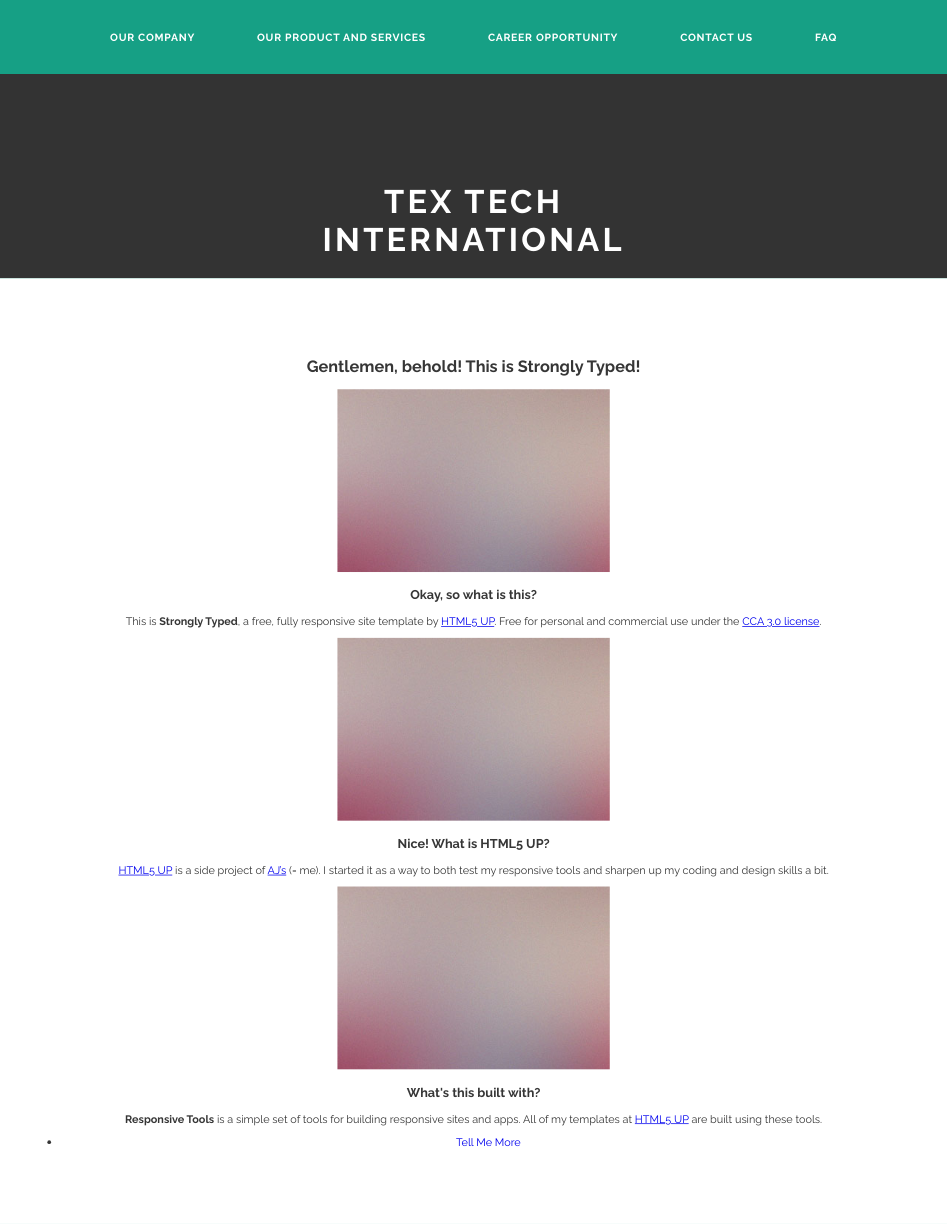
Repository: asifdotpy/demo_webpage
Page: contact_us.html
An editor plug-in stored every save of this project. The page is shown before and after the next save, followed by the edit.
The browser window is 1280 px wide. The pictures show the whole page, at 74% of full size.

Above is the page before, as saved 2021-01-26 00:41:05.

### contact_us.html
<!DOCTYPE html>
<html lang="en">
    <head>
        <meta http-equiv="Content-Type" content="text/html; charset=utf-8">
        <title>Tex Tech International</title>
        <meta name="keywords" content="">
        <meta name="description" content="">
        <link href="http://fonts.googleapis.com/css?family=Raleway:400,200,500,600,700,800,300" rel="stylesheet">
        <link href="css/contact_us.css" rel="stylesheet" type="text/css" media="all">
        <link href="fonts.css" rel="stylesheet" type="text/css" media="all">
    </head>
    <body>
        <div id="menu" class="container">
			<ul>
				<li><a href="index.html"><b>Our company</b></a></li>
				<li><a href="our_product_and_services.html"><b>Our product and services</b></a></li>
				<li><a href="career_opportunity.html"><b>Career opportunity</b></a></li>
				<li><a href="contact_us.html"><b>Contact us</b></a></li>
				<li><a href="faq.html"><b>FAQ</b></a></li>
			</ul>
        </div>
        <div id="header-wrapper">
            <div id="header" class="container">
                <div id="logo">
                    <h1><a href="#">Tex Tech International</a></h1>
                    <p>꧁ 𝗦𝗵𝗮𝗿𝗲 𝗘𝗳𝗳𝗼𝗿𝘁, 𝗘𝗮𝗿𝗻 𝗛𝗮𝗽𝗽𝗶𝗻𝗲𝘀𝘀 ꧂</p>
                </div>
            </div>
        </div>
        <section id="features">
            <div class="container">
                <header>
                    <h2>Gentlemen, behold! This is <strong>Strongly Typed</strong>!</h2>
                </header>
                <div class="row aln-center">
                    <div class="col-4 col-6-medium col-12-small">

                        <!-- Feature -->
                            <section>
                                <a href="#" class="image featured"><img src="images/pic02.jpg" alt=""></a>
                                <header>
                                    <h3>Okay, so what is this?</h3>
                                </header>
                                <p>This is <strong>Strongly Typed</strong>, a free, fully responsive site template
                                by <a href="http://html5up.net">HTML5 UP</a>. Free for personal and commercial use under the
                                <a href="http://html5up.net/license">CCA 3.0 license</a>.</p>
                            </section>

                    </div>
                    <div class="col-4 col-6-medium col-12-small">

                        <!-- Feature -->
                            <section>
                                <a href="#" class="image featured"><img src="images/pic02.jpg" alt=""></a>
                                <header>
                                    <h3>Nice! What is HTML5 UP?</h3>
                                </header>
                                <p><a href="http://html5up.net">HTML5 UP</a> is a side project of <a href="http://twitter.com/ajlkn">AJ’s</a> (= me).
                                I started it as a way to both test my responsive tools and sharpen up my coding
                                and design skills a bit.</p>
                            </section>

                    </div>
                    <div class="col-4 col-6-medium col-12-small">

                        <!-- Feature -->
                            <section>
                                <a href="#" class="image featured"><img src="images/pic02.jpg" alt=""></a>
                                <header>
                                    <h3>What's this built with?</h3>
                                </header>
                                <p><strong>Responsive Tools</strong> is a simple set of tools for building responsive
                                sites and apps. All of my templates at <a href="http://html5up.net">HTML5 UP</a> are built using these tools.</p>
                            </section>

                    </div>
                    <div class="col-12">
                        <ul class="actions">
                            <li><a href="#" class="button icon solid fa-file">Tell Me More</a></li>
                        </ul>
                    </div>
                </div>
            </div>
        </section>
    </body>
</html>

### css/contact_us.css
html, body {
	height: 100%;
}

body {
	margin: 0px;
	padding: 0px;
	background: #16a085;
	font-family: 'Raleway', sans-serif;
	font-size: 11pt;
	font-weight: 400;
	color: #363636;
}





/** MENU */

#menu {
	overflow: hidden;
	height: 100px;
}

#menu ul {
	margin: 0;
	padding: 0px 0px 0px 0px;
	list-style: none;
	line-height: normal;
	text-align: center;
}

#menu li {
	display: inline-block;
	font-size: 1.2em;
}

#menu a {
	display: block;
	letter-spacing: 1px;
	padding: 0px 40px;
	text-decoration: none;
	text-align: center;
	text-transform: uppercase;
	font-size: 0.80em;
	line-height: 100px;
	border: none;
	color: #FFF;
}

#menu a:hover, #menu .current_page_item a {
	text-decoration: none;
}

#menu a:hover, .current_page_item a {
	background: #1abc9c;
}




/*********************************************************************************/
/* Wrappers                                                                      */
/*********************************************************************************/

#header-wrapper
{
	overflow: hidden;
	background: url(images/bg01.png) repeat;
	background-size: 100%;
	padding: 6em 0em 2em 0em;
	background: #333333;
}


/*********************************************************************************/
/* Header                                                                        */
/*********************************************************************************/

	#header
	{
		position: relative;
		overflow: hidden;
		text-align: center;
	}

/*********************************************************************************/
/* Logo                                                                          */
/*********************************************************************************/

	#logo
	{
		width: 500px;
		height: 100px;
		margin: 0 auto;
		padding: 2em 0em;
		text-transform: uppercase;
	}

	#logo h1
	{
		letter-spacing: 0.10em;
		font-size: 3em;
	}

	#logo p
	{
		letter-spacing: 0.10em;
		color: #FFF;
	}

	#logo a
	{
		text-decoration: none;
		color: #FFF;
	}


#features {
		position: relative;
		overflow: hidden;
		background: #fff;
		text-align: center;
		padding: 6em 0;
}

#page-wrapper > section {
    margin-bottom: 0;
}

/* Container */

.container {
	margin: 0 auto;
	max-width: 100%;
	width: 70em;
}

	@media screen and (max-width: 1680px) {

		.container {
			width: 68em;
		}

	}

	@media screen and (max-width: 1280px) {

		.container {
			width: calc(100% - 80px);
		}

	}


	@media screen and (max-width: 980px) {

		.container {
			width: calc(100% - 100px);
		}

	}

	@media screen and (max-width: 736px) {

		.container {
			width: calc(100% - 40px);
		}

	}

Loaded but not shown: fonts.css (378 lines, source omitted)

After the next save:
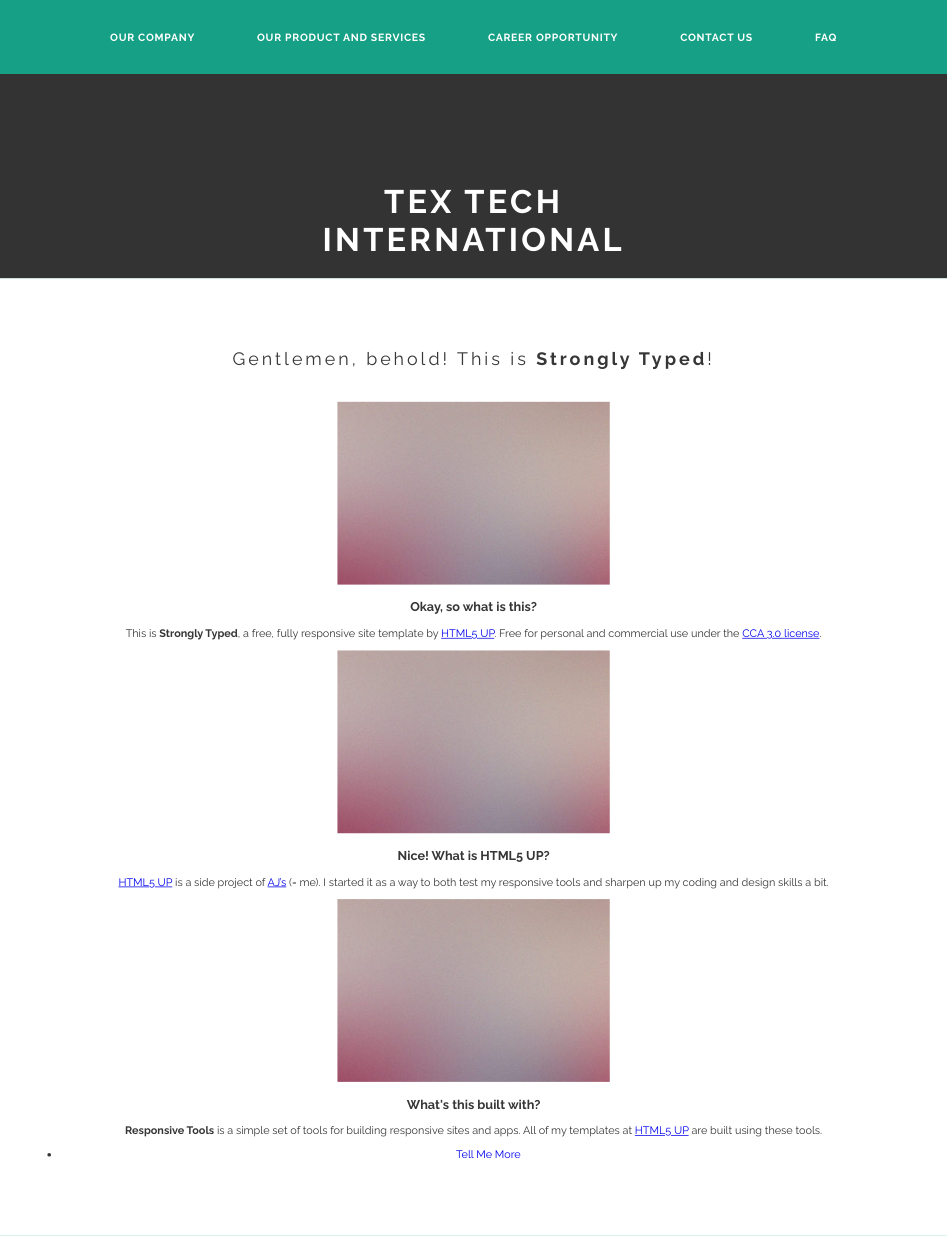
Saved 6 min 29 s later.
--- a/css/contact_us.css
+++ b/css/contact_us.css
@@ -169,3 +169,13 @@
 		}
 
 	}
+
+
+
+	h2 {
+		font-size: 1.65em;
+		font-weight: 400;
+		letter-spacing: 4px;
+		margin: 0 0 1.5em 0;
+		line-height: 1.75em;
+	}
